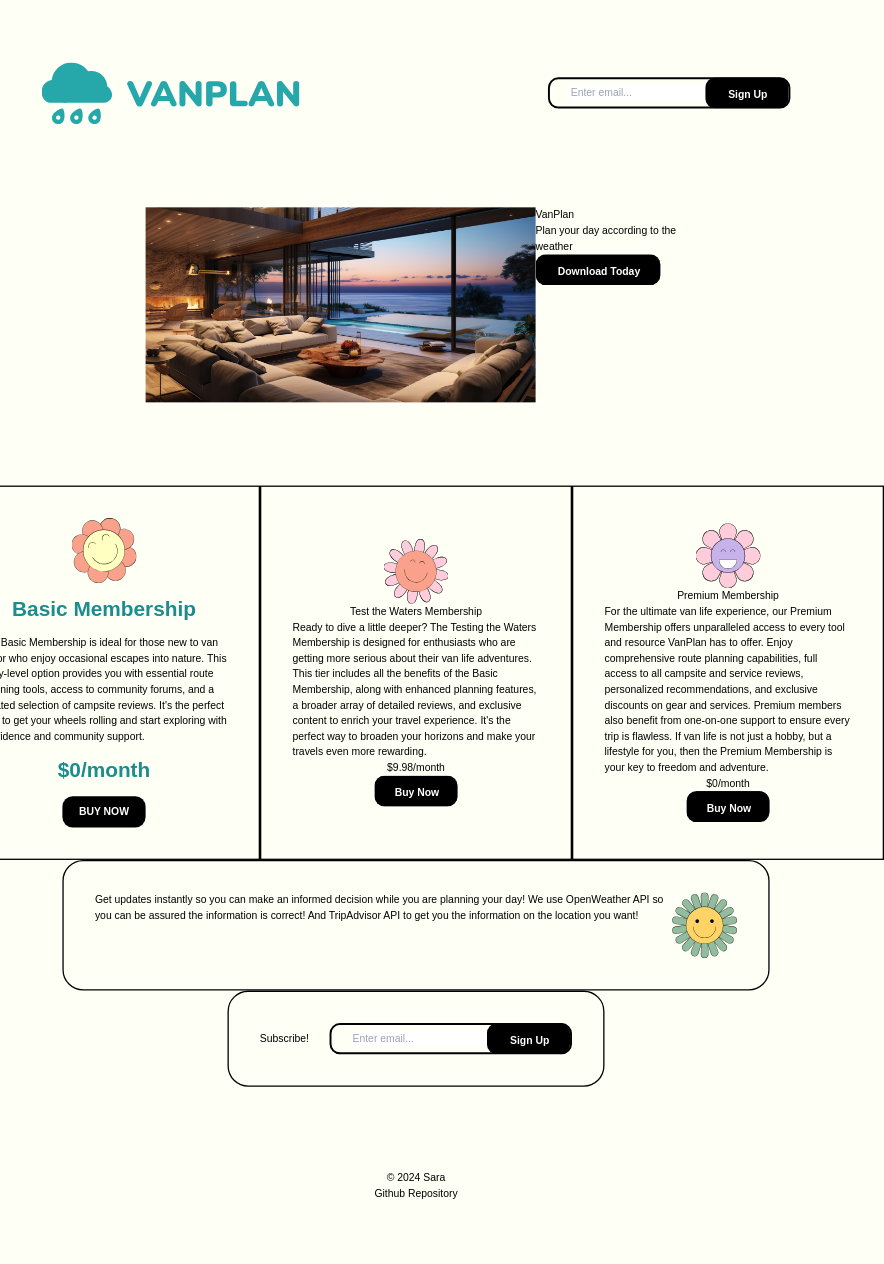
Repository: SaraShio/landing-page
Page: /
An editor plug-in stored every save of this project. The page is shown before and after a run of saves, followed by the edit.
The browser window is 1280 px wide. The page is 1360 px wide, so the pictures cover 1360 px, including what lies to the right of the window. The pictures show the whole page, at 65% of full size.
The project was rebuilt for these pictures with package versions that can differ from the ones it lists, and the page was loaded fresh each time. The framework's server and built-in components were replaced by stand-ins that run in the browser. Also part of the build but not shown: next.config.mjs.

Above is the page before, as saved 2024-03-08 21:44:57.

### src/pages/index.tsx
//import Spline from '@splinetool/react-spline';

import Image from "next/image";

import Header from "../../components/Header";
import Hero from "../../components/Hero";
import PriceCards from '../../components/PriceCards';
import SubBanner from "../../components/SubBanner";
import Subscribe from "../../components/Subscribe";
import Footer from "../../components/Footer";

export default function Home() {
  return (
    <main className={`flex min-h-screen flex-col items-center justify-between p-24`}>
      <Header />
      <Hero/>
      <PriceCards/>
      <SubBanner/>
      <Subscribe/>
      <Footer />
    </main>
  );
}

### src/styles/globals.css
@tailwind base;
@tailwind components;
@tailwind utilities;

@import url('https://fonts.googleapis.com/css2?family=Nunito:wght@400;600;700&display=swap');

:root {
 --black:#000000;
 --white: #FFFFFF;
 --light-gray: #fefff5;
 --gray: #B6B6B6;
 --teal: #26A8AB;
 --dark-teal: #1b8d8f;
 --mint: #51BAA7;
 --salmon: #DB7F73;
 --light-green: #DCDFCC;

 --card-padding: 3rem;
}

body {
  font-family: 'Nunito', sans-serif;
  background-color: var(--light-gray);
}

### components/Header/index.tsx
import Image from "next/image";
import styles from "./Header.module.css";

export default function Header() {
  return (
    <>
      <div className={styles.header_container}>
        <div className={styles.logo_img}>
          <Image
            src="/images/green_logo.svg"
            alt="VanPlan Logo"
            width={400}
            height={400}
          />
        </div>

        <div className={styles.input_container}>
        <form>
            <input type="text" placeholder="Enter email...">

            </input>
        </form>
        <button className={styles.signup_button}>Sign Up</button>
        </div>
      </div>
    </>
  );
}

### components/Hero/index.tsx
import Image from "next/image";
import styles from "./Hero.module.css";

export default function Hero() {
  return (
    <>
      <div className={styles.hero_container}>
        <Image src="/images/test1.jpeg" alt="Test" width={600} height={600} />

        <div>
          <h1>VanPlan</h1>
          <h1>Plan your day according to the weather</h1>
          <button className={styles.download_button}>Download Today</button>
        </div>
      </div>
    </>
  );
}

### components/PriceCards/index.tsx
import styles from './PriceCards.module.css';

import CardOne from "../CardOne";
import CardTwo from "../CardTwo";
import CardThree from "../CardThree";

export default function PriceCards() {
  return (
    <>
      <div className={styles.price_card_container}>
        <CardOne />
        <CardTwo />
        <CardThree />
      </div>
    </>
  );
}

### components/SubBanner/index.tsx
import Image from "next/image";
import styles from "./SubBanner.module.css";


export default function SubBanner() {
  return (
    <main className={styles.sub_banner_container}>

    <h1>Get updates instantly so you can make an informed decision while you are planning your day! We use OpenWeather API so you can be assured the information is correct! And TripAdvisor API to get you the information on the location you want!</h1>

    <Image src="/images/test5.svg" alt="Test" width={100} height={100} />


    </main>
  );
}

### components/Subscribe/index.tsx
import Image from "next/image";
import styles from "./Subscribe.module.css";

export default function Subscribe() {
  return (
    <main className={styles.subscribe_container}>
      <h1>Subscribe!</h1>

      <form className={styles.input_container}>
        <input type="text" placeholder="Enter email..."></input>
        <button className={styles.signup_button}>Sign Up</button>
      </form>

    </main>
  );
}

### components/Footer/index.tsx
import Image from 'next/image';
import styles from './Footer.module.css';

export default function Footer(){
    return (
        <>
            <footer className={styles.footer_container}>
                <p>&copy; {new Date().getFullYear()} Sara</p>
                <a href="https://github.com/Haydenleung/MDIA-3109-Final-Project.git" target="_blank" rel="noopener noreferrer">Github Repository</a>
            </footer>
        </>
    )
}

### components/Header/Header.module.css
.header_container{
    display: flex;
    justify-content: space-between;
    align-items: center;
    width: 100vw;
    padding-right: 4rem;
    padding-left: 4rem;
  }

  .signup_button{
    border: 3px solid var(--black);
    border-right: none;
    border-radius: 1rem;
    padding: 12px;
    width: 8rem;
    height: 3rem;
    background-color: var(--black);
    color: var(--white);
    font-weight: 600;
  }

  .input_container{
    display: flex;
    align-items: center;
    border: 3px solid var(--black);
    border-radius: 1rem;
    height: 3rem;
    padding-left: 2rem;
  }

### components/Hero/Hero.module.css
.hero_container{
display: flex;
padding: 8rem;
}

.download_button{
    border: 3px solid var(--black);
    border-right: none;
    border-radius: 1rem;
    padding: 12px;
    width: 12rem;
    height: 3rem;
    background-color: var(--black);
    color: var(--white);
    font-weight: 600;
}

### components/PriceCards/PriceCards.module.css
.price_card_container{
    display: flex;
    flex-direction: row;
}

### components/CardOne/index.tsx
import Image from "next/image";
import styles from "./CardOne.module.css";

export default function CardOne() {
  return (
    <>
      <div className={styles.card_one_container}>
        <Image src="/images/test2.svg" alt="Test" width={100} height={100} />
        <h1>Basic Membership</h1>
        <p>
          Our Basic Membership is ideal for those new to van life or who enjoy
          occasional escapes into nature. This entry-level option provides you
          with essential route planning tools, access to community forums, and a
          curated selection of campsite reviews. It's the perfect way to get
          your wheels rolling and start exploring with confidence and community
          support.
        </p>

        <h1>$0/month</h1>

        <button className={styles.buy_button}>BUY NOW</button>
      </div>
    </>
  );
}

### components/CardTwo/index.tsx
import Image from "next/image";
import styles from "./CardTwo.module.css";

export default function CardTwo() {
  return (
    <>
      <div className={styles.card_two_container}>
      <Image src="/images/test3.svg" alt="Test" width={100} height={100} />
      <h1>Test the Waters Membership</h1>
      <p>Ready to dive a little deeper? The Testing the Waters Membership is designed for enthusiasts who are getting more serious about their van life adventures. This tier includes all the benefits of the Basic Membership, along with enhanced planning features, a broader array of detailed reviews, and exclusive content to enrich your travel experience. It's the perfect way to broaden your horizons and make your travels even more rewarding.</p>

      <h1>$9.98/month</h1>

      <button className={styles.buy_button}>Buy Now</button>
      </div>
    </>
  );
}

### components/CardThree/index.tsx
import Image from "next/image";
import styles from "./CardThree.module.css";

export default function CardThree() {
  return (
    <>
      <div className={styles.card_three_container}>
        <Image src="/images/test4.svg" alt="Test" width={100} height={100} />
        <h1>Premium Membership</h1>
        <p>
          For the ultimate van life experience, our Premium Membership offers
          unparalleled access to every tool and resource VanPlan has to offer.
          Enjoy comprehensive route planning capabilities, full access to all
          campsite and service reviews, personalized recommendations, and
          exclusive discounts on gear and services. Premium members also benefit
          from one-on-one support to ensure every trip is flawless. If van life
          is not just a hobby, but a lifestyle for you, then the Premium
          Membership is your key to freedom and adventure.
        </p>

        <h1>$0/month</h1>

        <button className={styles.buy_button}>Buy Now</button>
      </div>
    </>
  );
}

### components/SubBanner/SubBanner.module.css
.sub_banner_container{
    display: flex;
    border: 2px solid var(--black);
    border-radius: 2rem;
    padding: var(--card-padding);
}

### components/Subscribe/Subscribe.module.css
.subscribe_container{
    display: flex;
    flex-direction: row;
    align-items: center;
    border: 2px solid var(--black);
    border-radius: 2rem;
    padding: var(--card-padding);
}

.signup_button{
    border: 3px solid var(--black);
    border-right: none;
    border-radius: 1rem;
    padding: 12px;
    width: 8rem;
    height: 3rem;
    background-color: var(--black);
    color: var(--white);
    font-weight: 600;
  }

  .input_container{
    display: flex;
    align-items: center;
    border: 3px solid var(--black);
    border-radius: 1rem;
    height: 3rem;
    padding-left: 2rem;
    margin-left: 2rem;
  }

### components/Footer/Footer.module.css
.footer_container {
    display: flex;
    flex-direction: column;
    justify-content: center;
    align-items: center;
    width: 100vw;
    padding-top: 8rem;
}

### components/CardOne/CardOne.module.css
.card_one_container {
  border: 2px solid var(--black);
  padding: var(--card-padding);
  width: 30rem;
  display: flex;
  flex-direction: column;
  justify-content: center;
  align-items: center;
}

.card_one_container > h1 {
  font-size: 2rem;
  color: var(--dark-teal);
  font-weight: bold;
  margin-top: 1rem;
  margin-bottom: 1rem;
}

.buy_button {
  border-right: none;
  border-radius: 1rem;
  padding: 12px;
  width: 8rem;
  height: 3rem;
  background-color: var(--black);
  color: var(--white);
  font-weight: 800;
}

.buy_button:hover {
  background-color: var(--white);
  color: var(--dark-teal);
  border: 2px solid var(--dark-teal);
  width: 10rem;
  height: 3rem;
}

### components/CardTwo/CardTwo.module.css
.card_two_container{
    border: 2px solid var(--black);
    padding: var(--card-padding);
    width: 30rem;
    display: flex;
    flex-direction: column;
    justify-content: center;
    align-items: center;
}

.buy_button{
    border: 3px solid var(--black);
    border-right: none;
    border-radius: 1rem;
    padding: 12px;
    width: 8rem;
    height: 3rem;
    background-color: var(--black);
    color: var(--white);
    font-weight: 600;
}

### components/CardThree/CardThree.module.css
.card_three_container{
    border: 2px solid var(--black);
    padding: var(--card-padding);
    width: 30rem;
    display: flex;
    flex-direction: column;
    justify-content: center;
    align-items: center;
}

.buy_button{
    border: 3px solid var(--black);
    border-right: none;
    border-radius: 1rem;
    padding: 12px;
    width: 8rem;
    height: 3rem;
    background-color: var(--black);
    color: var(--white);
    font-weight: 600;
}

Loaded but not shown: src/pages/_app.tsx (common file); src/pages/_document.tsx (common file); tailwind.config.ts (common file)

After the next 2 saves:
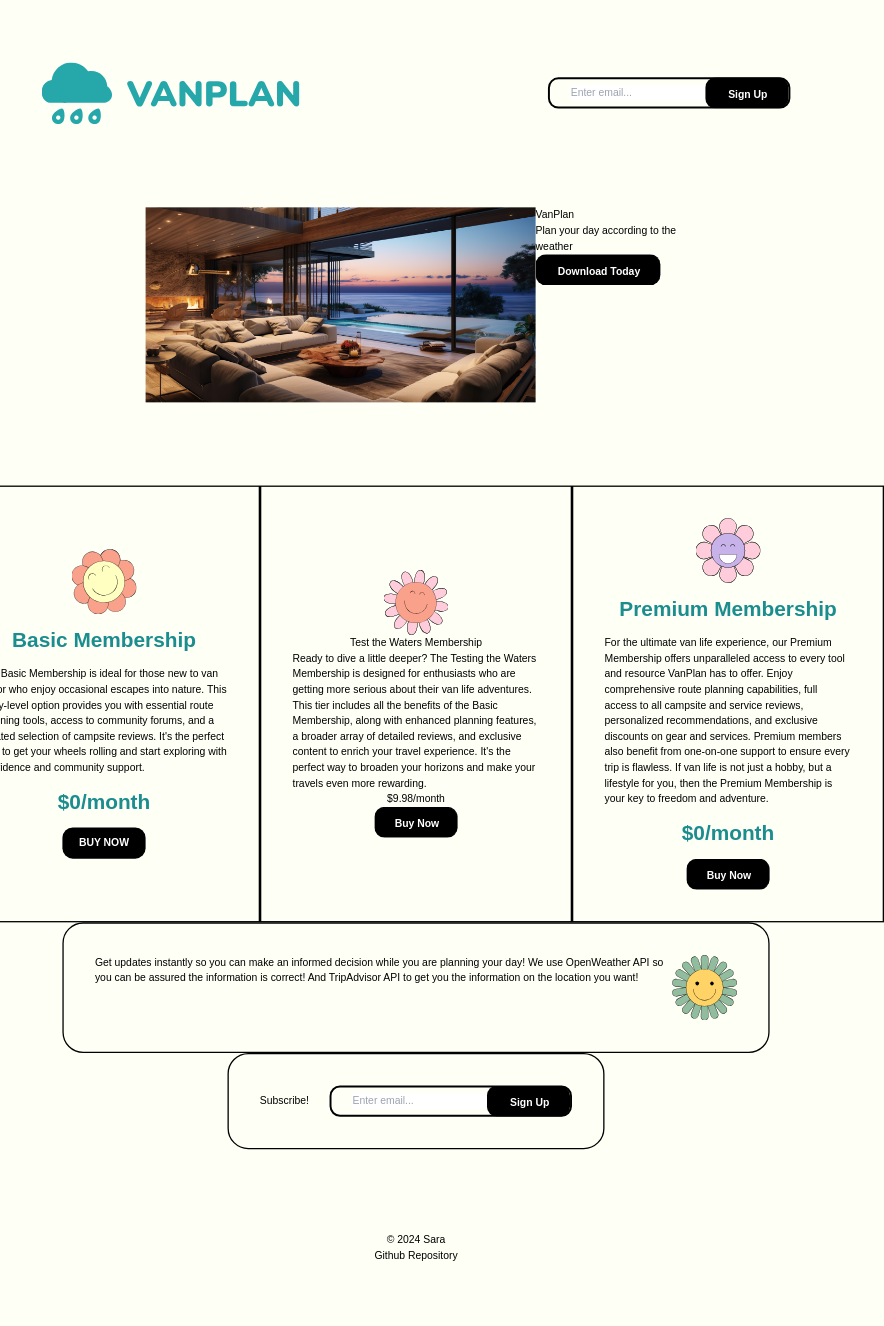
The 2 saves are shown as one change because they came seconds apart.
The last was saved 19 s later.
--- a/components/CardThree/CardThree.module.css
+++ b/components/CardThree/CardThree.module.css
@@ -7,6 +7,14 @@
     justify-content: center;
     align-items: center;
 }
+
+.card_three_container > h1 {
+    font-size: 2rem;
+    color: var(--dark-teal);
+    font-weight: bold;
+    margin-top: 1rem;
+    margin-bottom: 1rem;
+  }
 
 .buy_button{
     border: 3px solid var(--black);
